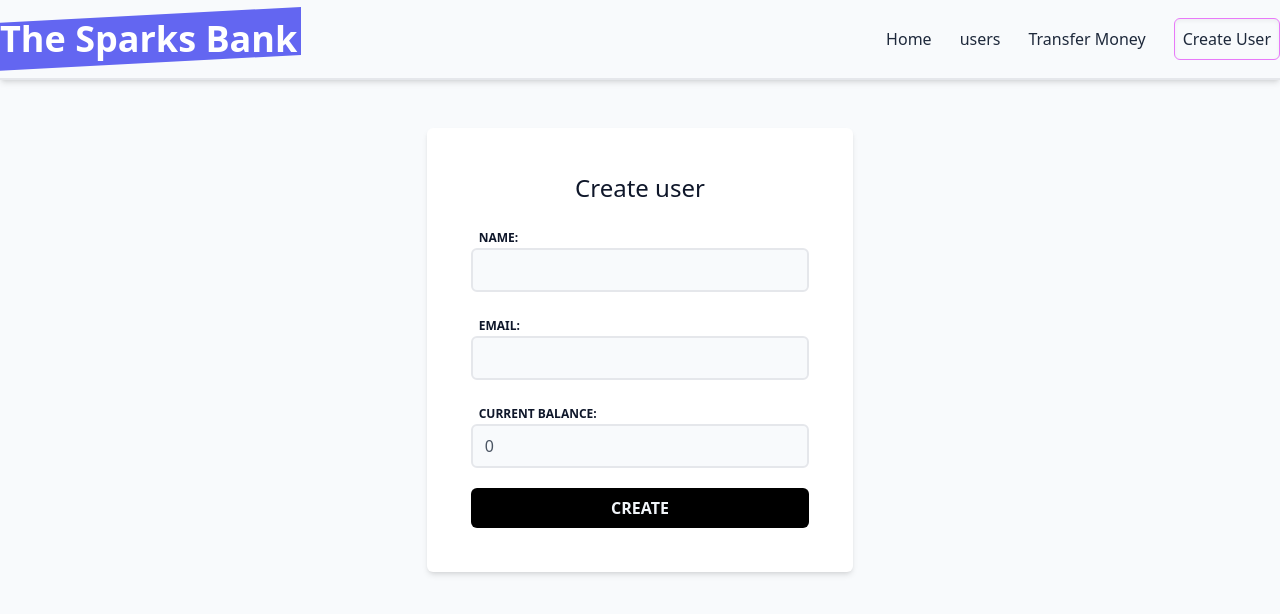
Repository: gauribhardwajj/Banking-System-TSF
Page: /createUser
The author's editor kept a copy of each file at every save. The page is drawn from the files as they stood at one save, then again after the next save.
The browser window is 1280 px wide. The pictures show the whole page.
The project was rebuilt for these pictures with package versions that can differ from the ones it lists, and the page was loaded fresh each time. A package was used in the major version that the imports need, not the one package.json lists. The framework's server and built-in components were replaced by stand-ins that run in the browser. Also part of the build but not shown: next.config.js.

Above is the page before, as saved 2024-07-26 00:19:28.

After the next save:
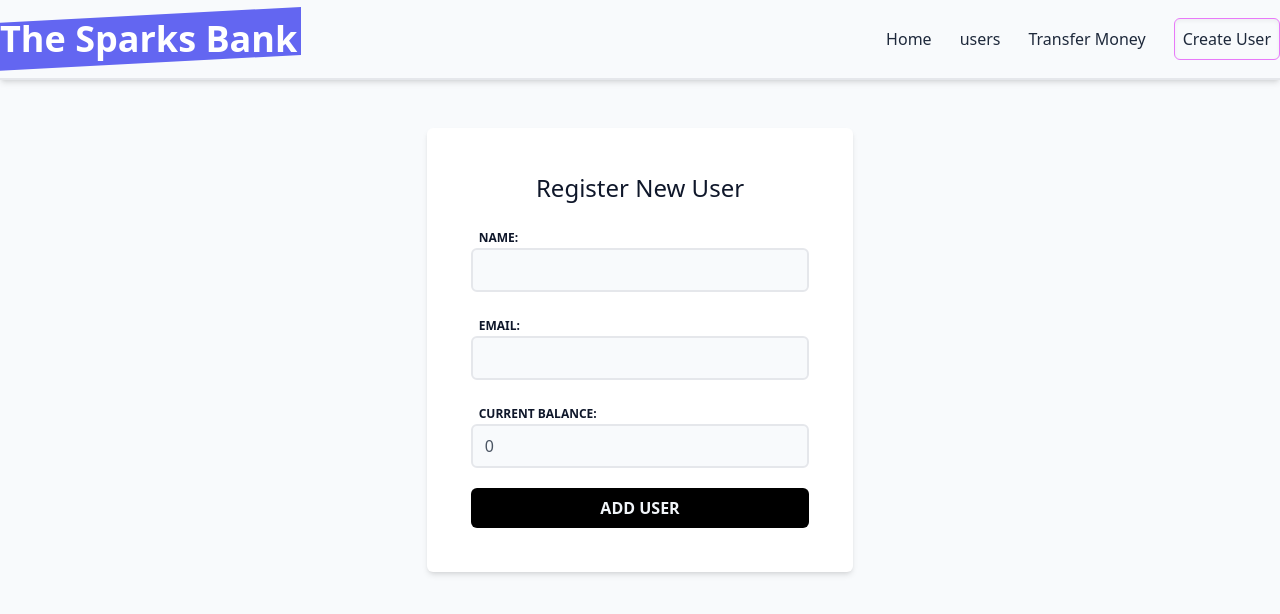
Saved 79 s later.
--- a/pages/createUser.js
+++ b/pages/createUser.js
@@ -51,7 +51,7 @@ function CreateUser() {
           onSubmit={createUser}
           className="mx-5 flex flex-col space-y-5 rounded-md bg-white p-11 shadow-md md:w-1/2 xl:w-1/3 2xl:w-1/4"
         >
-          <h1 className="text-2xl text-center">Create user</h1>
+          <h1 className="text-2xl text-center">Register New User</h1>
           {errorMessage && (
             <p className="mb-5 text-center text-sm font-semibold capitalize text-red-500">
               {errorMessage}
@@ -100,10 +100,10 @@ function CreateUser() {
           </div>
 
           <button
-            className="rounded-md bg-black p-2 px-3 font-semibold uppercase text-slate-100 transition-all hover:bg-white hover:text-slate-900 hover:ring-2 hover:ring-black cursor-pointer text-center"
+            className="rounded-md bg-black p-2 px-3 font-semibold uppercase text-slate-100 transition-all hover:bg-purple-500 hover:text-white hover:ring-2 hover:ring-purple-500 cursor-pointer text-center"
             type="submit"
           >
-            Create
+            Add User
           </button>
         </form>
       </div>
